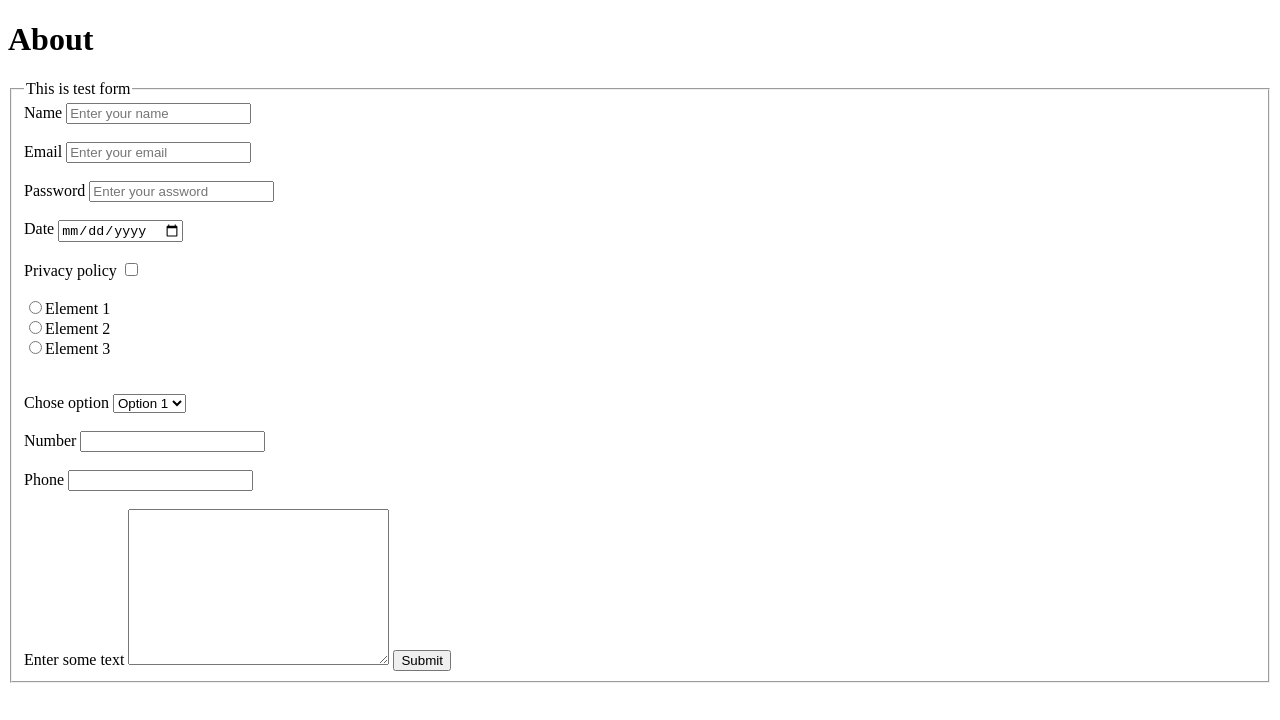
Repository: fisikusari/test-repo
Page: about.html
An editor plug-in stored every save of this project. The page is shown before and after the next save, followed by the edit.
The browser window is 1280 px wide. The pictures show the whole page.

Above is the page before, as saved 2021-11-11 19:46:19.

After the next save:
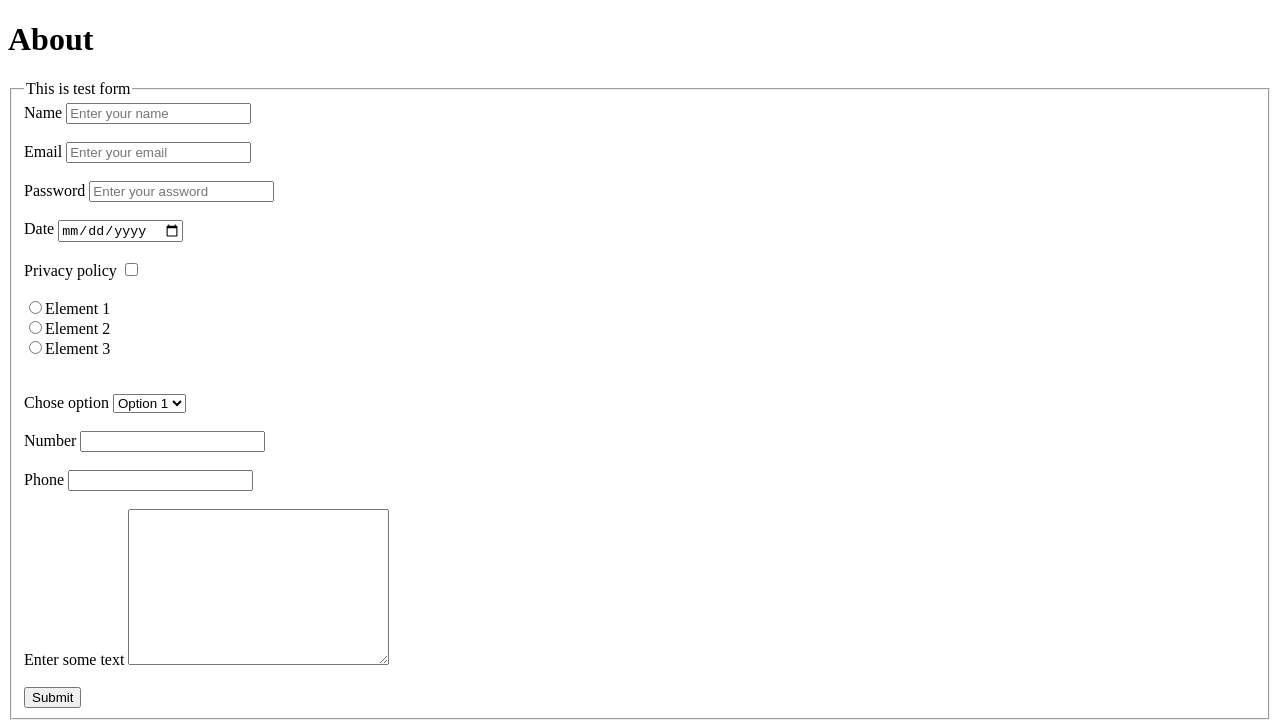
Saved 33 s later.
--- a/about.html
+++ b/about.html
@@ -44,7 +44,7 @@
       <label for="tel">Phone</label>
       <input type="tel" name="tel" id="tel"><br><br>
       <label for="textarea">Enter some text</label>
-      <textarea name="" id="" cols="30" rows="10"></textarea>
+      <textarea name="" id="" cols="30" rows="10"></textarea> <br><br>
       <input type="submit" value="Submit">
     </fieldset>
     <!--Fieldset Ends here-->
